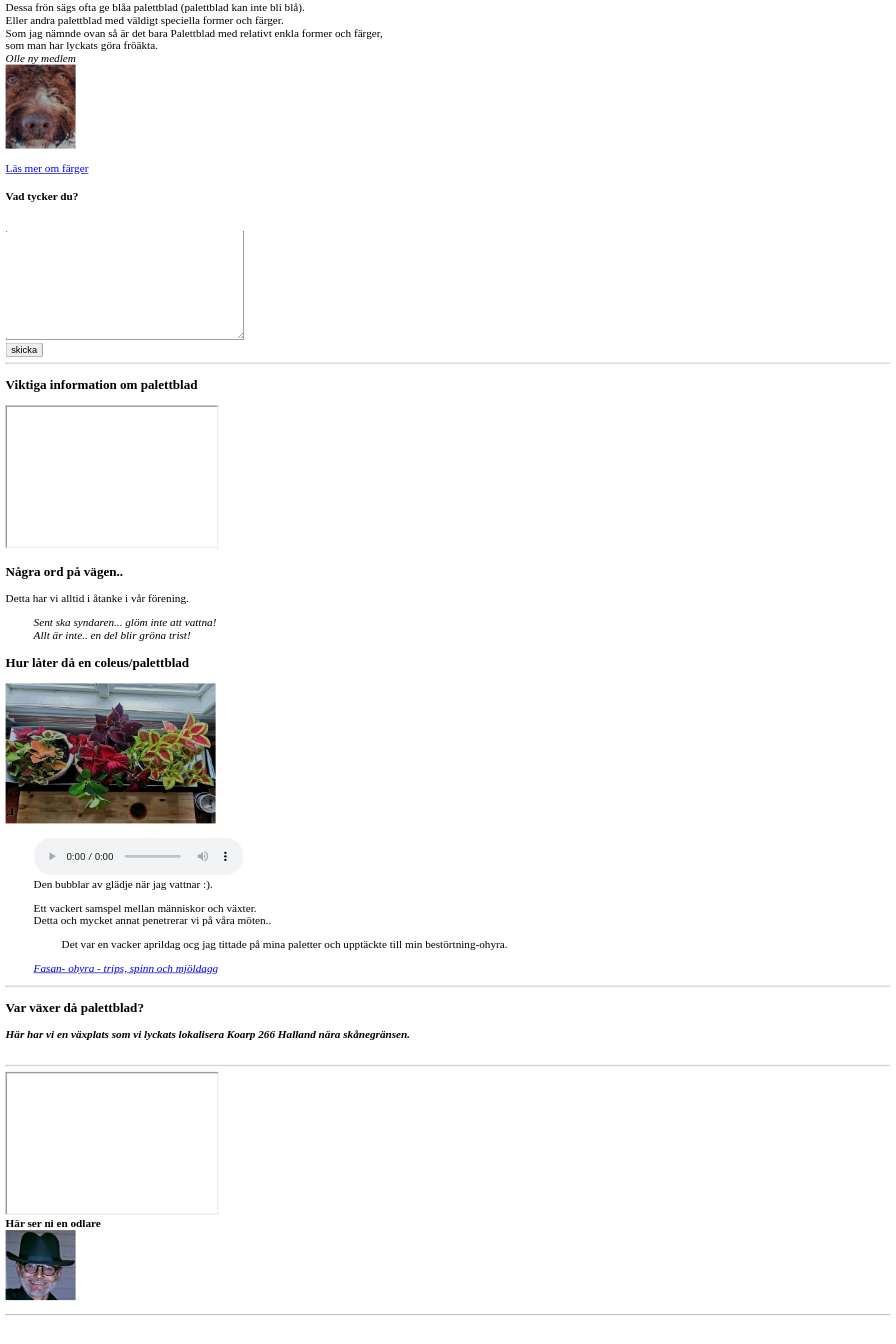
Repository: Webutveckling-20-21/Uppgift-1
Page: blogg.html
The author's editor kept a copy of each file at every save. The page is drawn from the files as they stood at one save, then again after the next save.
The browser window is 1280 px wide. The pictures show the part of the page from y = 976 to 2896 px (the page is 3003 px tall before and 2925 px after), at 70% of full size.
Pictures or frames that could not be fetched are drawn as grey boxes.

Above is the page before, as saved 2021-09-07 16:00:40.

### blogg.html
<!DOCTYPE html>
<html lang="sv">

<head>
    <meta charset="UTF-8">
    <meta name="viewport" content="width=device-width, initial-scale=1.0">
    <title>Föreningens blogg</title>
</head>

<body>
    <header>
        <h1>Palettbloggen</h1>
        <!-- Här läggs alla länkar in-->
        <a href="blogg.html"><b> Blogga om paletter</b></a>&nbsp;&nbsp;&nbsp;&nbsp;&nbsp;&nbsp;&nbsp;&nbsp;
        <a href="verksamheten.html"><b> Vad vi gör</b></a>&nbsp;&nbsp;&nbsp;&nbsp;&nbsp;&nbsp;&nbsp;&nbsp;
        <a href="medlemskap.html"><b>Bli medlem</b></a>

    </header>
    <main>
        <section>
            <article>
                <!-- första blogginlägget -->




                  <br>
               <h3> <b> Några ord från ordföranden</b></h3>
                      <img src="images/ord.jpg" width="100" height="100" alt="Ordförande"> <br>
                       <h4>Lite om paletters skötsel</h4>


                <p> Ni kommer att förstå varandra, för palettblad svarar artigt. <br> Mörkt – växer långsamt. Ljust
                    –
                    växer
                    snabbt. Mindre vatten – grönare blad. <br> Mer vatten – ljusrosa blad. Inget vatten – slokar.
                    Enkelt!
                    Lätt att föröka. </p> <br>

                <p> <b> Latinskt namn:</b> Plectranthus scutellarioides
                    Växtfamilj: Kransblommiga växter. <br> <br>



                   <b> Läge:</b> Placeras ljust, men inte i direkt solljus då bladen kan brännas. <br>
                    Ju mer sol den får, desto
                    intensivare blir färgerna. <br> I skugga blir bladen mer gröna.
                    Under sommaren kan palettblad placeras ljust men <br> inte i direkt solljus då kan bladen
                    brännas.
                    <br>
                </p>

                <b> Temperatur:</b> Känslig för temperaturer under 18°C. <br> <br>

                <b> Vattning:</b> Vattnas ofta, 1-2 gånger i veckan. Håll jorden fuktig. <br> Som många växter vill den ha
                mer
                vatten på sommarhalvåret än på vintern. <br>

                <h4>Några hållpunkter som ny odlare</h4>
                <ul>
                    <li>Vattna lagom</li>
                    <li>Lagom ljus</li>
                    <li>Ta in dom när temperaturen sjunker och det är risk för frost</li>
                </ul>

            </article>

            <article>
                <!-- Andra inlägget  -->
                <h2>Färger och korsningar</h2>
                <p> Färger: Vi odlar växten för färgernas skull och de är nästan alla palettens. <br> Allt från
                    crèmevitt
                    och ljusgrönt till limefärgat, grönt, rost, rött och purpur – alla i många färgnyanser. <br>
                    Bakgrund:
                    Flerårig ört till halvbuske som förgrenar sig lätt. <br> I naturen blir den runt en meter hög. <br>
                    <i> Stina</i>
                </p>


            </article>

            <article>
                <!-- Tredje inlägget -->
                <h2>Fel om färger</h2>
                <p> Dessa frön sägs ofta ge blåa palettblad (palettblad kan inte bli blå). <br> Eller andra palettblad
                    med
                    väldigt speciella former och färger. <br> Som jag nämnde ovan så är det bara Palettblad med relativt
                    enkla former och färger, <br> som man har lyckats göra fröäkta. <br>
                    <i>Olle ny medlem</i>
                    <br>
                    <img src="images/olle.jpg" width="100" height="120" alt="olle">
                </p>

                <a href="https://coleus.blogg.se/">Läs mer om färger</a>
            </article>
            <label for="bloggpost">
                <h4>Vad tycker du?</h4>

            </label><br>
            <textarea name="bloggpost" cols="40" rows="10"></textarea ><br>
            <input type="submit" value="skicka">
        </section>
    </main>
    <hr>
    <aside>
        <section>
            <article>
                <h3>Viktiga information om palettblad</h3>

                <iframe src="https://youtu.be/BvaeieAXEZY" height="200" width="300" title="Iframe Example"></iframe>
            </article>
        </section>
        <article>
            <h3>Några ord på vägen..</h3>
            Detta har vi alltid i åtanke i vår förening.
            <!-- ett element för citat -->
            <blockquote>
                <i> Sent ska syndaren... glöm inte att vattna!</i>
                <br>
                <i> Allt är inte.. en del blir gröna trist!</i>
                <br>
            </blockquote>
            <h3>Hur låter då en coleus/palettblad</h3>
            <img src="images/pal.jpg" width="300" height="200" alt="en palett">
            <figure>
                <audio controls src="sounds/w.oga"></audio>
                <figcaption>Den bubblar av glädje när jag vattnar :).</figcaption>

                <p> Ett vackert samspel mellan människor och växter. <br>
                    <bold> Detta och mycket annat penetrerar vi på våra möten..</bold>
                </p>
            </figure>


            <figure>
                <blockquote>
                    <p>Det var en vacker aprildag ocg jag tittade på mina paletter och upptäckte till min
                        bestörtning-ohyra.</p>
                </blockquote>
                <figcaption> <cite><a href="https://coleus.blogg.se/2019/july/ohyra-trips-spinn-och-mjoldagg.html">
                            Fasan- ohyra - trips, spinn och mjöldagg</a></cite> </figcaption>
            </figure>

        </article>
        <hr>
        <section>
            <article>
                <h3>Var växer då palettblad?</h3>
                <p>
                    <b> <i> Här har vi en växplats som vi lyckats lokalisera
                            Koarp 266 Halland nära skånegränsen. </i> </b> <br> <br>
                    <hr>

                    <iframe width="300" height="200" src="https://kartor.eniro.se/m/GUsQ0">
                    </iframe> <br>

                    <b> Här ser ni en odlare </b><br>
                    <img src="images/odl.jpg" width="100" height="100" alt="en odlare"> <br>

                </p>
                <hr>
            </article>
        </section>

    </aside> <br><br>
    <hr>
    <footer>
        <p> &copy; Palettföreningen</p>
        <nav>
            <p>
                <a href="blogg.html">Startsidan</a> -
                <a href="villkor.html">Användarvillkor</a> -
                <a href="kontakt.html">Kontakt</a>
            </p>
        </nav>


    </footer>
    <hr>
</body>


</html>

After the next save:
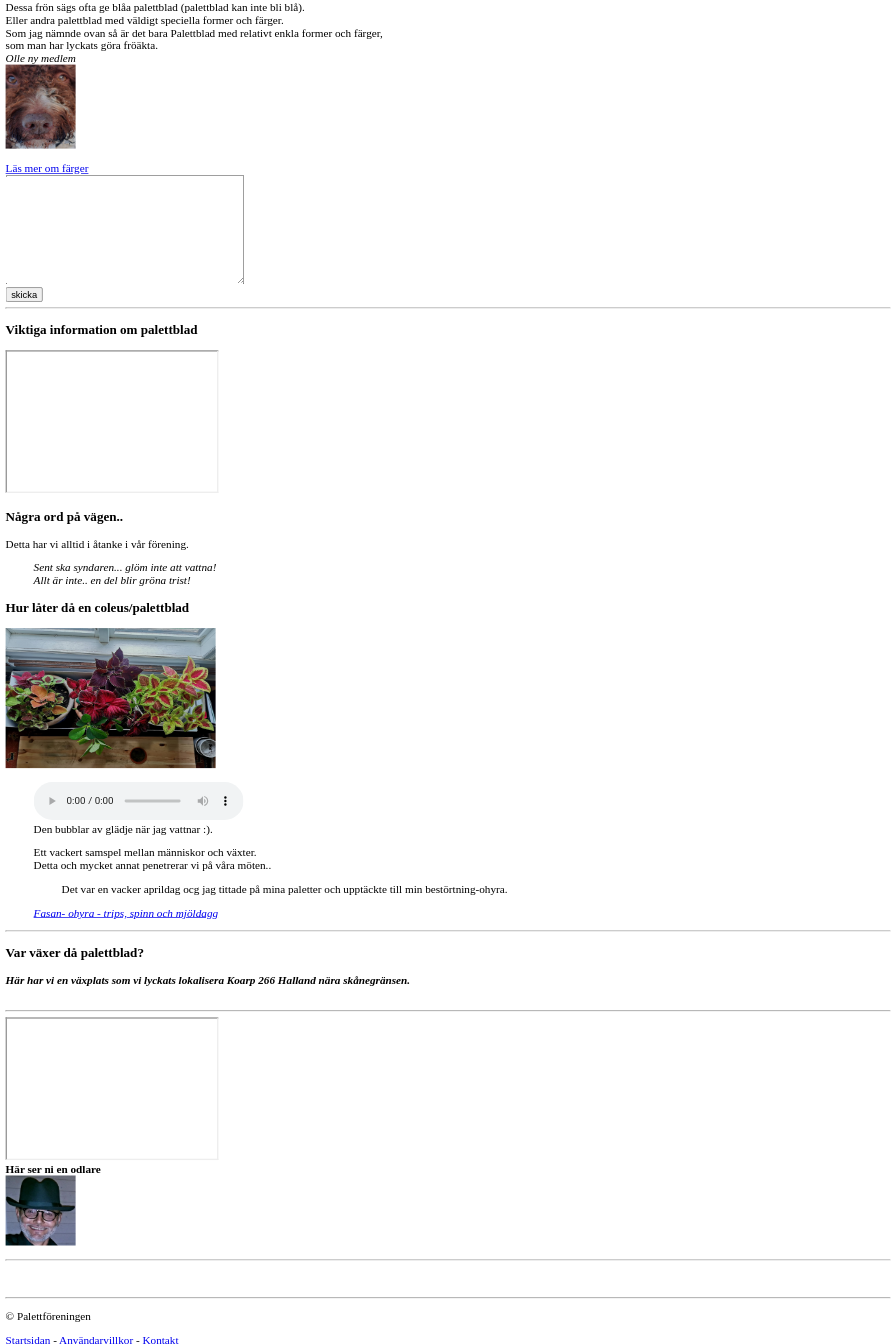
Saved 38 s later.
--- a/blogg.html
+++ b/blogg.html
@@ -93,10 +93,7 @@
 
                 <a href="https://coleus.blogg.se/">Läs mer om färger</a>
             </article>
-            <label for="bloggpost">
-                <h4>Vad tycker du?</h4>
 
-            </label><br>
             <textarea name="bloggpost" cols="40" rows="10"></textarea ><br>
             <input type="submit" value="skicka">
         </section>
